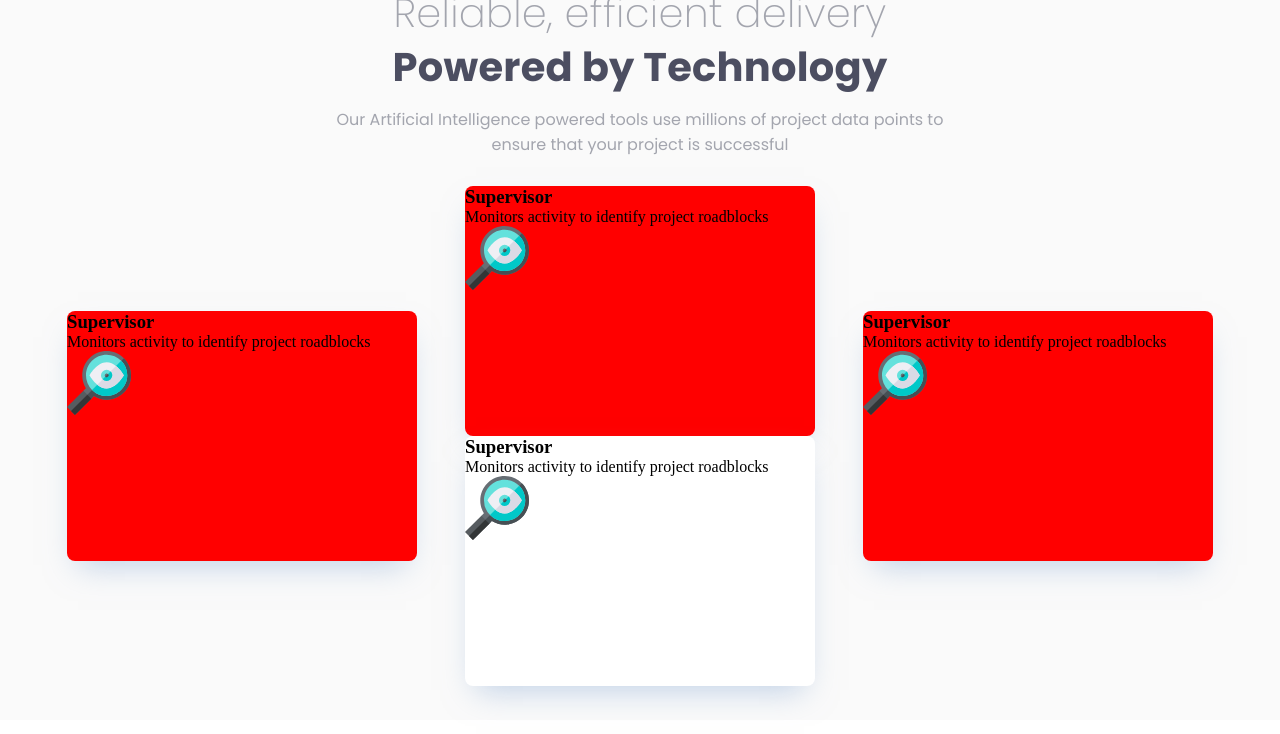
Repository: brandontaylor1/four-card-feature
Page: index.html
These files come from the project's save history. The page is drawn as it stood at one moment and after the next save; the edit follows.
The browser window is 1280 px wide. The pictures show the whole page.

Above is the page before, as saved 2025-01-09 23:09:56.

### index.html
<!DOCTYPE html>
<html lang="en">
<head>
    <meta charset="UTF-8">
    <meta name="viewport" content="width=device-width, initial-scale=1.0">
    <link rel="preconnect" href="https://fonts.googleapis.com">
    <link rel="preconnect" href="https://fonts.gstatic.com" crossorigin>
    <link href="https://fonts.googleapis.com/css2?family=Poppins:ital,wght@0,100;0,200;0,300;0,400;0,500;0,600;0,700;0,800;0,900;1,100;1,200;1,300;1,400;1,500;1,600;1,700;1,800;1,900&display=swap" rel="stylesheet">
    <link rel="stylesheet" href="styles.css">
    <title>Four Card Feature</title>
</head>
<body>
    <main class="container">
        <section class="page-content">
            <h1>Reliable, efficient delivery</h1>
            <h2>Powered by Technology</h2>
            <p>Our Artificial Intelligence powered tools use millions of project data points to ensure that your project is successful</p>
        </section>
        <section class="column-container">
            <div class="card-column">
                <div class="card">
                    <h3>Supervisor</h3>
                    <p>Monitors activity to identify project roadblocks</p>
                    <img src="./assets/images/icon-supervisor.svg" alt="Supervisor Icon">
                </div>
            </div>

            <div class="card-column">
                <div class="card">
                    <h3>Supervisor</h3>
                    <p>Monitors activity to identify project roadblocks</p>
                    <img src="./assets/images/icon-supervisor.svg" alt="Supervisor Icon">
                </div>
                <div class="card">
                    <h3>Supervisor</h3>
                    <p>Monitors activity to identify project roadblocks</p>
                    <img src="./assets/images/icon-supervisor.svg" alt="Supervisor Icon">
                </div>
            </div>

            <div class="card-column">
                <div class="card">
                    <h3>Supervisor</h3>
                    <p>Monitors activity to identify project roadblocks</p>
                    <img src="./assets/images/icon-supervisor.svg" alt="Supervisor Icon">
                </div>
            </div>
        </section>
    </main>

</body>
</html>

### styles.css
* {
    margin: 0;
    padding: 0;
    box-sizing: border-box;
}

:root {
    --primary-red: hsl(0, 78%, 62%);
    --primary-cyan: hsl(180, 62%, 55%);
    --primary-orange: hsl(34, 97%, 64%);
    --primary-blue: hsl(212, 86%, 64%);

    --secondary-dark-blue: hsl(234, 12%, 34%);
    --secondary-grayish-blue: hsl(229, 6%, 66%);
    --secondary-light-gray: hsl(0, 0%, 98%);
}

.container {
    height: 100vh;
    display: flex;
    align-items: center;
    justify-content: center;
    flex-direction: column;
    background-color: #FAFAFA;
}

.page-content {
    display: flex;
    flex-direction: column;
    align-items: center;
    justify-content: space-between;
    height: 150px;
    width: 650px;
    margin-bottom: 50px;
}

.page-content h1 {
    font-size: 2.5rem;
    font-family: "Poppins", sans-serif;
    font-weight: 200;
    line-height: 54px;
    letter-spacing: .25px;
    color: var(--secondary-grayish-blue);
}

.page-content h2 {
    font-size: 2.5rem;
    font-family: "Poppins", sans-serif;
    font-weight: 700;
    line-height: 54px;
    letter-spacing: .25px;
    color: var(--secondary-dark-blue);
    margin-bottom: 13px;
}

.page-content p {
    font-size: 1rem;
    font-family: "Poppins", sans-serif;
    font-weight: 400;
    line-height: 25px;
    text-align: center;
    color: var(--secondary-grayish-blue);

}

.column-container {
    display: grid;
    justify-content: center;
    align-items: center;
    grid-template-columns: repeat(3, 1fr);
    grid-template-rows: repeat(2, auto);
    gap: 3rem;
}

.card:nth-child(1) {
    background-color: red;
}

.card {
    width: 350px;
    height: 250px;
    border-radius: 0.5rem;
    background: #FFF;
    box-shadow: 0px 15px 30px -11px rgba(131, 166, 210, 0.50);
}

After the next save:
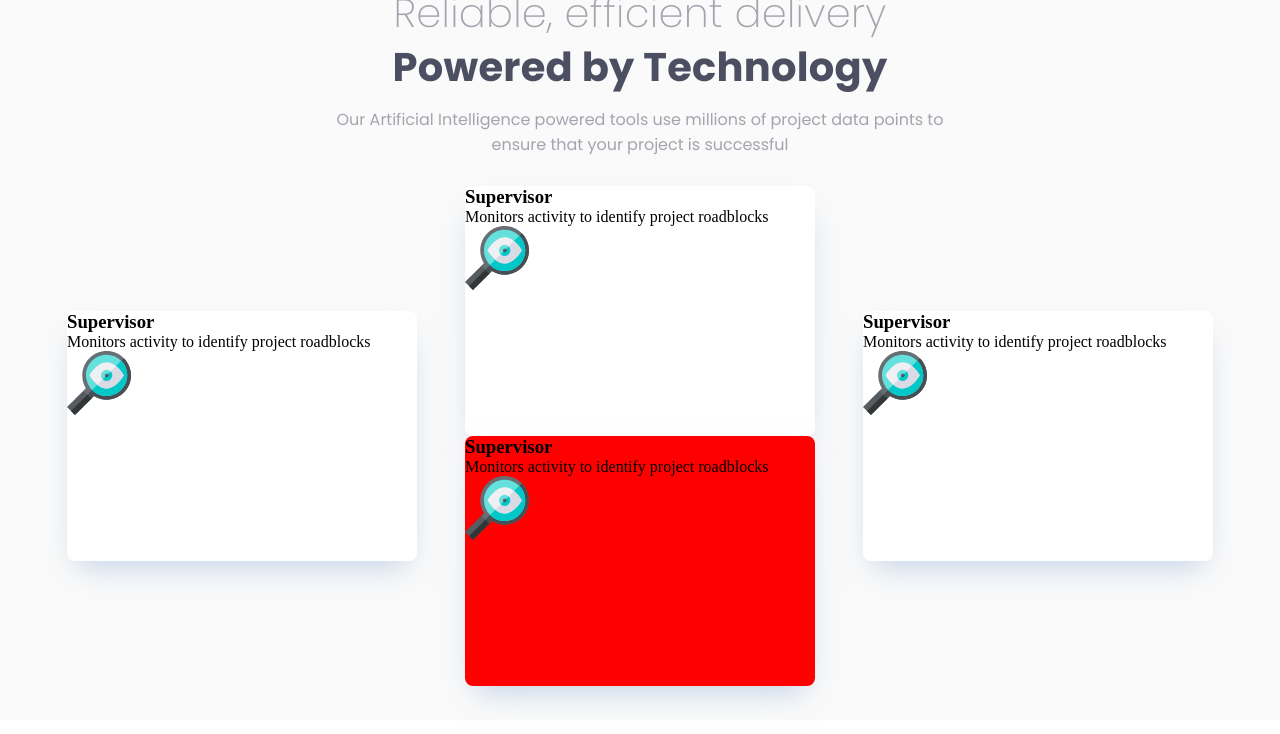
Saved 7 s later.
--- a/styles.css
+++ b/styles.css
@@ -72,7 +72,7 @@
     gap: 3rem;
 }
 
-.card:nth-child(1) {
+.card:nth-child(2) {
     background-color: red;
 }
 
